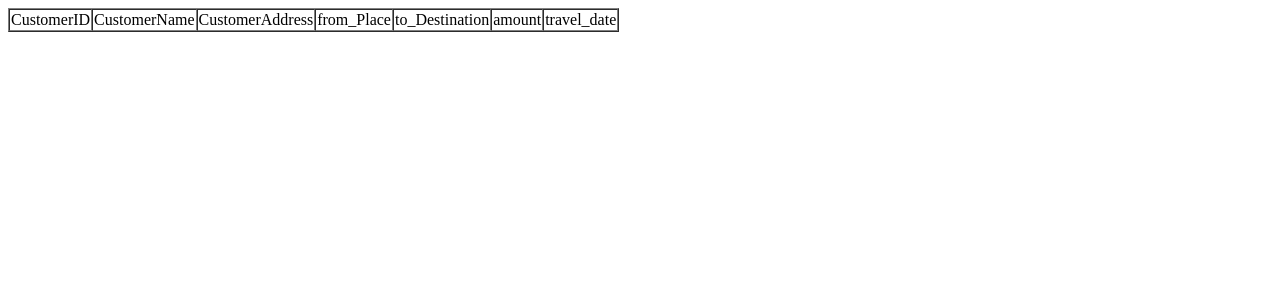
Repository: Yogashree-v-h-27/Ticket_Booking_webApp
Page: http://localhost/Ticket_Booking/ViewTicket
These files come from the project's save history. The page is drawn as it stood at one moment and after the next save; the edit follows.
The browser window is 1280 px wide. The pictures show the whole page.
The page is served by Tomcat 9. Queries for data that is not in the repository find no rows.

Above is the page before, as saved 2021-06-16 10:54:18.

After the next save:
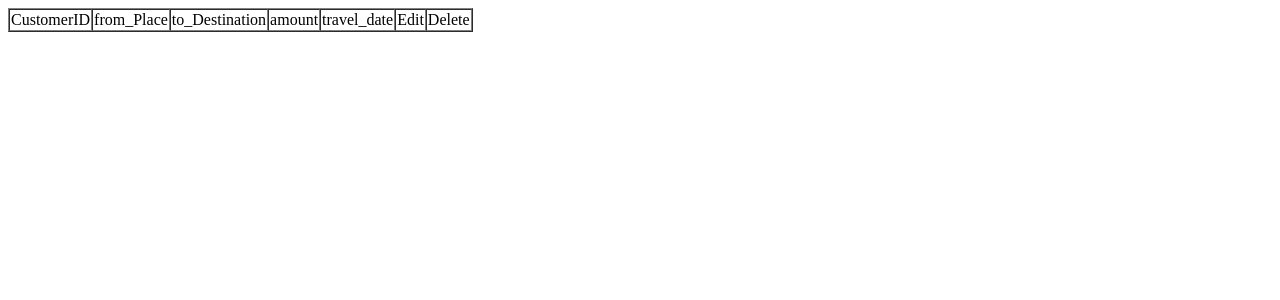
Saved 6 min 57 s later.
--- a/Ticket_Booking/src/com/register/ViewTicket.java
+++ b/Ticket_Booking/src/com/register/ViewTicket.java
@@ -40,13 +40,23 @@ public class ViewTicket extends HttpServlet {
 			out.println("<table cellspacing='0' width='350px' border='1'>");
 			out.println("<tr>");
 			out.println("<td>CustomerID</td>");
-			out.println("<td>CustomerName</td>");
-			out.println("<td>CustomerAddress</td>");
 			out.println("<td>from_Place</td>");
 			out.println("<td>to_Destination</td>");
 			out.println("<td>amount</td>");
 			out.println("<td>travel_date</td>");
+			out.println("<td> Edit</td>");
+			out.println("<td> Delete</td>");
 			out.println("</tr>");
+			while(rs.next())
+			{
+				out.println("<tr>");
+				out.println("<td>"+ rs.getString("CustomerID") + "</td>");
+				out.println("<td>"+ rs.getString("from_Place") + "</td>");
+				out.println("<td>"+ rs.getString("to_Destination") + "</td>");
+				out.println("<td>"+ rs.getInt("amount") + "</td>");
+				out.println("<td>"+ rs.getString("travel_date") + "</td>");
+				out.println("</tr>");
+			}
 			out.println("</table>");
 
 
